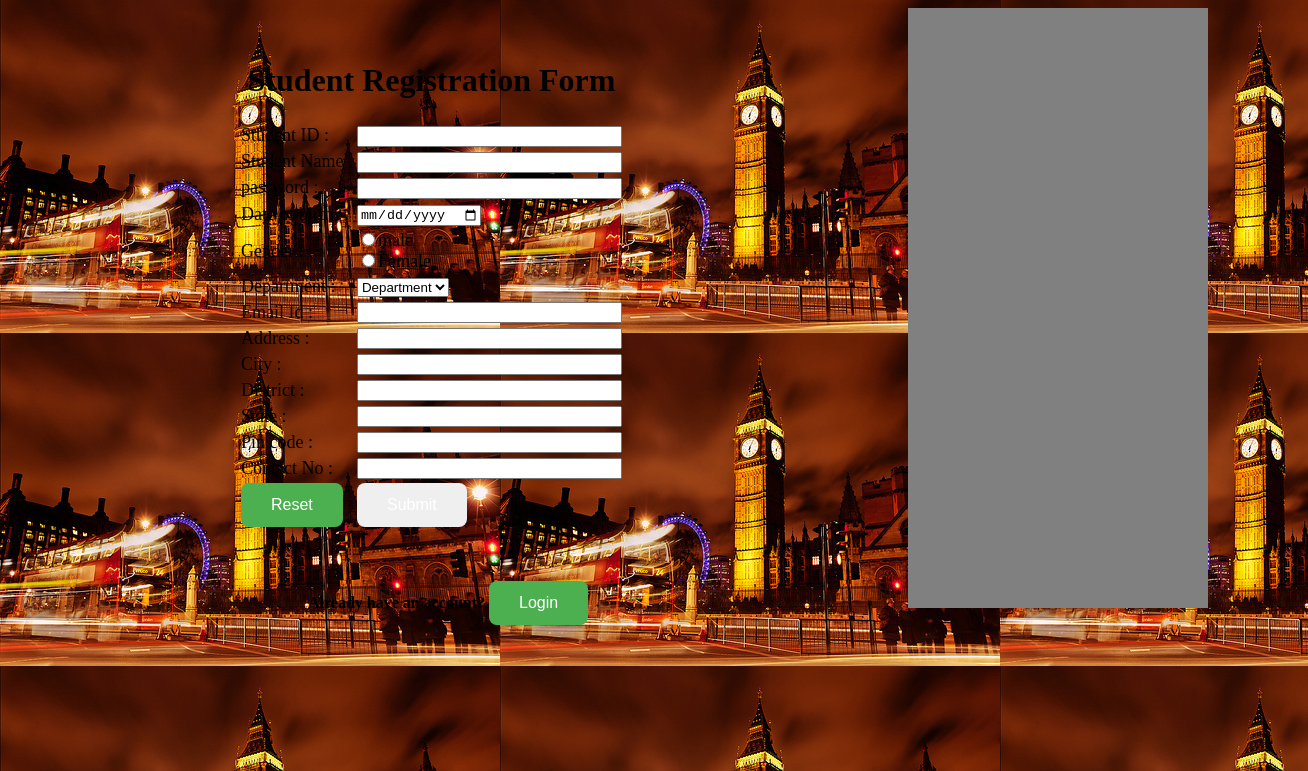
Repository: srikanthModugu/jdbc-servlet-jsp
Page: SutudentRegistration/WebContent/Registration.html
The author's editor kept a copy of each file at every save. The page is drawn from the files as they stood at one save, then again after the next save.
The browser window is 1280 px wide. The page is 1308 px wide, so the pictures cover 1308 px, including what lies to the right of the window. The pictures show the whole page.

Above is the page before, as saved 2017-10-02 14:42:35.
Console error: SyntaxError: Unexpected end of input

### SutudentRegistration/WebContent/Registration.html
<!DOCTYPE html>
<html>
<head>
<meta charset="UTF-8">
<title>Registration Page</title>
<style type="text/css">
button {
	border: none;
	border-radius: 8px;
	color: white;
	padding: 13px 30px;
	text-align: center;
	text-decoration: none;
	background-color: #4CAF50;
	display: inline-block;
	font-size: 16px;
}

input[type=submit]
{
	border: none;
	border-radius: 8px;
	color: white;
	padding: 13px 30px;
	text-align: center;
	text-decoration: none;

	display: inline-block;
	font-size: 16px;
}

button:hover {
	background-color: #4CAF50;
	color: white;
	box-shadow: 0 12px 16px 0 rgba(0, 0, 0, 0.24), 0 17px 50px 0
		rgba(0, 0, 0, 0.19);
}

td {
	font-size: 18px;
}
</style>

<script type="text/javascript">
function validateform(){
	var name=document.myform.studentName.value;
	var password=document.myform.password.value;

	if (name==null || name==""){
	  alert("Name can't be blank");
	  return false;
	}else if(password.length<6){
	  alert("Password must be at least 6 characters long.");
	  return false;
	  }
</script>

</head>
<body background="fristBg.jpg">
	<div style="height: 755px; width: 1300px; ">





		<div style="height: 700px; width: 1300px; color: white; float: left;">

			<div style="height: 700px; width: 200px;  float: left;">

			</div>

			<div
				style="height: 700px; width: 700px;  color: black; float: left;">
				<form action="Registerformservlet" method="get"  onsubmit="return validateform()" name="myform"  >
					<table style="height: 600; width: 700; margin: 30px;  color: black;">

						<tr>
							<th colspan="2"><h1>Student Registration Form</h1></th>
						</tr>

						<tr>
							<td>Student ID :</td>
							<td><input type='text' name='studentid' size='30'><br></td>
						</tr>

						<tr>
							<td>Student Name :</td>
							<td><input type='text' name='studentName' size='30'><br></td>
						</tr>

						<tr>
							<td>password :</td>
							<td><input type='password' name='password' size='30'><br></td>
						</tr>

						<tr>
							<td>Date of birth :</td>
							<td><input type='date' name="DOB">
							<br></td>
						</tr>

						<tr>
							<td>Gender :</td>
							<td><input type='radio' name='gender' value='male'>male<br>
								<input type='radio' name='gender' value='female'>Female<br></td>
						</tr>

						<tr>
							<td>Department :</td>
							<td><select name='department'>
									<option>Department</option>
									<option>Computer</option>
									<option>Civil</option>
									<option>E & TC</option>
									<option>Mechanical</option>
									<option>IT</option>
							</select></td>
						</tr>

						<tr>
							<td>Email Id :</td>
							<td><input type='email' name='emailId' size='30'><br></td>
						</tr>

						<tr>
							<td>Address :</td>
							<td><input type='text' name='address' size='30'><br></td>
						</tr>

						<tr>
							<td>City :</td>
							<td><input type='text' name='city' size='30'><br></td>
						</tr>

						<tr>
							<td>District :</td>
							<td><input type='text' name='district' size='30'><br></td>
						</tr>

						<tr>
							<td>State :</td>
							<td><input type='text' name='state' size='30'><br></td>
						</tr>

						<tr>
							<td>Pin code :</td>
							<td><input type='text' name='pincode' size='30'
								pattern="[0-9]{4}" maxlength="6"><br></td>
						</tr>

						<tr>
							<td>Contact No :</td>
							<td><input type='text' name='contactNo' size='30'><br></td>
						</tr>


						<tr>
							<td><button type="submit" formaction="RegisterForm.html">Reset</button></td>
							<td><input type="submit" value="Submit"></td>
						</tr>
					</table>

					<div
						style="height: 25px; width: 400px;  color: black; float: left; margin-left: 100px">
						<h4>
							Already have an account?
							<button type="submit" formaction="LoginPage.html">Login</button>
						</h4>
					</div>
				</form>


			</div>
			<div
				style="height: 600px; width: 300px; background-color: gray; color: white; float: left;"></div>
		</div>
	</div>

</html>

After the next save:
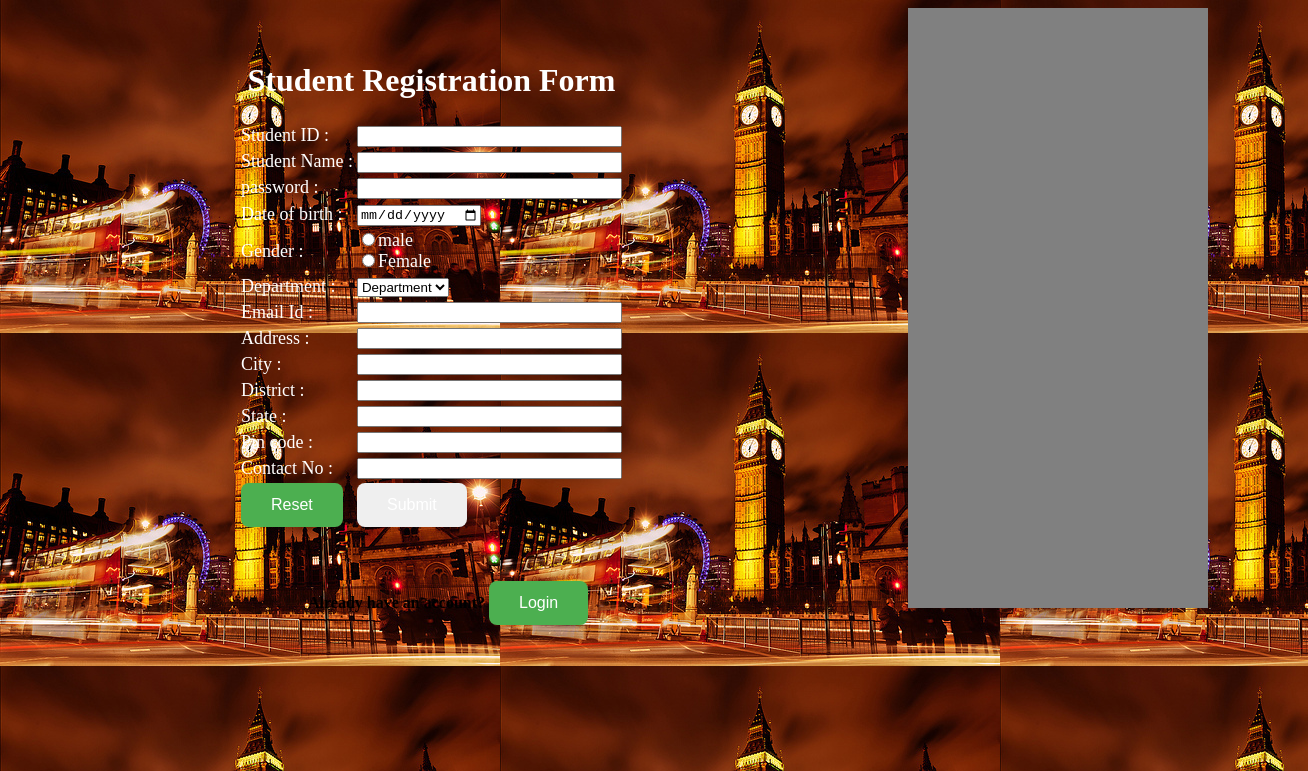
Saved 30 s later.
--- a/SutudentRegistration/WebContent/Registration.html
+++ b/SutudentRegistration/WebContent/Registration.html
@@ -72,7 +72,7 @@ function validateform(){
 			<div
 				style="height: 700px; width: 700px;  color: black; float: left;">
 				<form action="Registerformservlet" method="get"  onsubmit="return validateform()" name="myform"  >
-					<table style="height: 600; width: 700; margin: 30px;  color: black;">
+					<table style="height: 600; width: 700; margin: 30px;  color: white;">
 
 						<tr>
 							<th colspan="2"><h1>Student Registration Form</h1></th>
